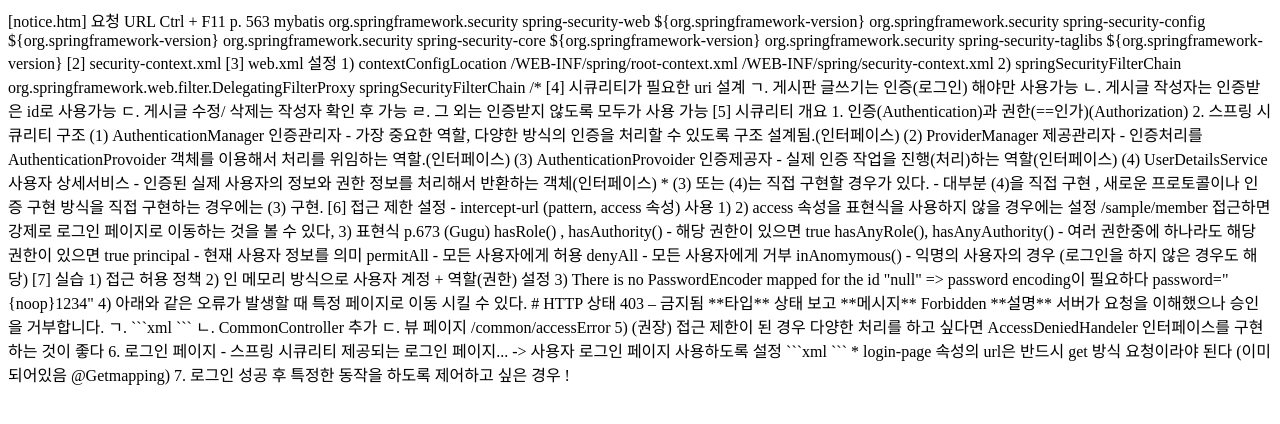
Repository: Vida0822/-
Page: SL11_SECURITY/src/main/webapp/customer/notice.htm
An editor plug-in stored every save of this project. The page is shown before and after the next save, followed by the edit.
The browser window is 1280 px wide. The pictures show the whole page.

Above is the page before, as saved 2023-07-04 03:07:52.

### SL11_SECURITY/src/main/webapp/customer/notice.htm
[notice.htm] 요청 URL
Ctrl + F11

p. 563 mybatis



<dependency>
		<groupId>org.springframework.security</groupId>
		<artifactId>spring-security-web</artifactId>
		<version>${org.springframework-version}</version>
	</dependency>
<!--beans 설정 버전까지 한글자 한글자 세팅 제대로 해야함 -->

	<dependency>
		<groupId>org.springframework.security</groupId>
		<artifactId>spring-security-config</artifactId>
		<version>${org.springframework-version}</version>
	</dependency>

	<dependency>
		<groupId>org.springframework.security</groupId>
		<artifactId>spring-security-core</artifactId>
		<version>${org.springframework-version}</version>
	</dependency>

	<!-- https://mvnrepository.com/artifact/org.springframework.security/spring-security-taglibs -->
	<dependency>
		<groupId>org.springframework.security</groupId>
		<artifactId>spring-security-taglibs</artifactId>
		<version>${org.springframework-version}</version>
	</dependency>


[2] security-context.xml
<security:http pattern="/static/**" security="none"></security:http>
<security:http pattern="/design/**" security="none"></security:http>

<security:http>
   <security:form-login/>
</security:http>

<security:authentication-manager>
</security:authentication-manager>
<!-- AithenticationManager 인증 관리자 : 가장 중요한 역할, 다양한 방식의 인증을 처리할 수 있도록 구조 설계됨(인터페이스)  -->


[3] web.xml 설정
1)
<context-param>
  <param-name>contextConfigLocation</param-name>
  <param-value>
     /WEB-INF/spring/root-context.xml
     /WEB-INF/spring/security-context.xml
  </param-value>
</context-param>


2)
<filter>
  <filter-name>springSecurityFilterChain</filter-name>
  <filter-class>org.springframework.web.filter.DelegatingFilterProxy</filter-class>
</filter>
<filter-mapping>
      <filter-name>springSecurityFilterChain</filter-name>
      <url-pattern>/*</url-pattern>
</filter-mapping>




[4] 시큐리티가 필요한 uri 설계
   	ㄱ. 게시판 글쓰기는 인증(로그인) 해야만 사용가능
   	ㄴ. 게시글 작성자는 인증받은 id로 사용가능
   	ㄷ. 게시글 수정/ 삭제는 작성자 확인 후 가능
   	ㄹ. 그 외는 인증받지 않도록 모두가 사용 가능



[5] 시큐리티 개요

   1. 인증(Authentication)과 권한(==인가)(Authorization)

   2. 스프링 시큐리티 구조
      (1) AuthenticationManager 인증관리자 - 가장 중요한 역할, 다양한 방식의 인증을 처리할 수 있도록 구조 설계됨.(인터페이스)
      (2) ProviderManager 제공관리자 - 인증처리를 AuthenticationProvoider 객체를 이용해서 처리를 위임하는 역할.(인터페이스)
      (3) AuthenticationProvoider 인증제공자 - 실제 인증 작업을 진행(처리)하는 역할(인터페이스)
      (4) UserDetailsService 사용자 상세서비스 - 인증된 실제 사용자의 정보와 권한 정보를 처리해서 반환하는 객체(인터페이스)

      * (3) 또는 (4)는 직접 구현할 경우가 있다.

        - 대부분 (4)을 직접 구현 , 새로운 프로토콜이나 인증 구현 방식을 직접 구현하는 경우에는 (3) 구현.



[6] 접근 제한 설정 - intercept-url (pattern, access  속성) 사용
1)
<http>
	<intercept-url pattern="url패턴" access="권한 체크(권한명, 표현식)"/>
</http>
2) access 속성을 표현식을 사용하지 않을 경우에는 <http use-expression = false> 설정

/sample/member 접근하면 강제로 로그인 페이지로 이동하는 것을 볼 수 있다,

3) 표현식  p.673 (Gugu)
hasRole() , hasAuthority() - 해당 권한이 있으면 true
hasAnyRole(), hasAnyAuthority() - 여러 권한중에 하나라도 해당 권한이 있으면 true
principal - 현재 사용자 정보를 의미
permitAll - 모든 사용자에게 허용
denyAll - 모든 사용자에게 거부
inAnomymous() - 익명의 사용자의 경우 (로그인을 하지 않은 경우도 해당)



[7] 실습

1) 접근 허용 정책
	<security:intercept-url pattern="/customer/noticeReg.htm" access="isAuthenticated()" />
	<security:intercept-url pattern="/customer/noticeDel.htm" access="hasRole('ROLE_ADMIN')" />
	<security:intercept-url pattern="/**" access="permitAll"/>

2) 인 메모리 방식으로 사용자 계정 + 역할(권한) 설정
	<security:authentication-manager>
	<security:authentication-provider> <!-- 실제 인증을 처리하는 객체 -->
		<security:user-service>
			<security:user name="hong" authorities="ROLE_USER" password="1234"/>
			<security:user name="admin" authorities="ROLE_USER, ROLE_ADMIN, ROLE_MANAGER" password="1234"/>
		</security:user-service>
	</security:authentication-provider>
</security:authentication-manager>

3) There is no PasswordEncoder mapped for the id "null"

=> password encoding이 필요하다

password="{noop}1234"





4) 아래와 같은 오류가 발생할 때 특정 페이지로 이동 시킬 수 있다.

# HTTP 상태 403 – 금지됨


**타입** 상태 보고

**메시지** Forbidden

**설명** 서버가 요청을 이해했으나 승인을 거부합니다.

ㄱ.

```xml
 <security:access-denied-handler error-page="/common/accessError.htm"/>
```

ㄴ. CommonController 추가

ㄷ. 뷰 페이지 /common/accessError



5) (권장) 접근 제한이 된 경우 다양한 처리를 하고 싶다면 AccessDeniedHandeler 인터페이스를 구현하는 것이 좋다



6. 로그인 페이지 - 스프링 시큐리티 제공되는 로그인 페이지...

   -> 사용자 로그인 페이지 사용하도록 설정

   ```xml
   <security:form-login login-page="/joinus.login.htm"/>
   ```

* login-page 속성의 url은 반드시 get 방식 요청이라야 된다 (이미 되어있음 @Getmapping)



7. 로그인 성공 후 특정한 동작을 하도록 제어하고 싶은 경우 !

After the next save:
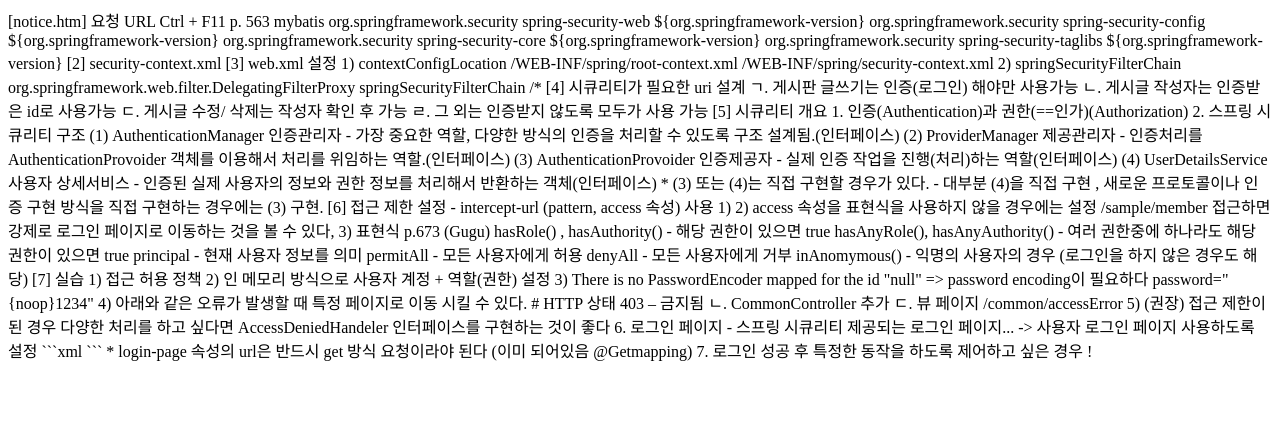
Saved 9 s later.
--- a/SL11_SECURITY/src/main/webapp/customer/notice.htm
+++ b/SL11_SECURITY/src/main/webapp/customer/notice.htm
@@ -142,19 +142,7 @@
 4) 아래와 같은 오류가 발생할 때 특정 페이지로 이동 시킬 수 있다.
 
 # HTTP 상태 403 – 금지됨
-
-
-**타입** 상태 보고
-
-**메시지** Forbidden
-
-**설명** 서버가 요청을 이해했으나 승인을 거부합니다.
-
-ㄱ.
-
-```xml
  <security:access-denied-handler error-page="/common/accessError.htm"/>
-```
 
 ㄴ. CommonController 추가
 
